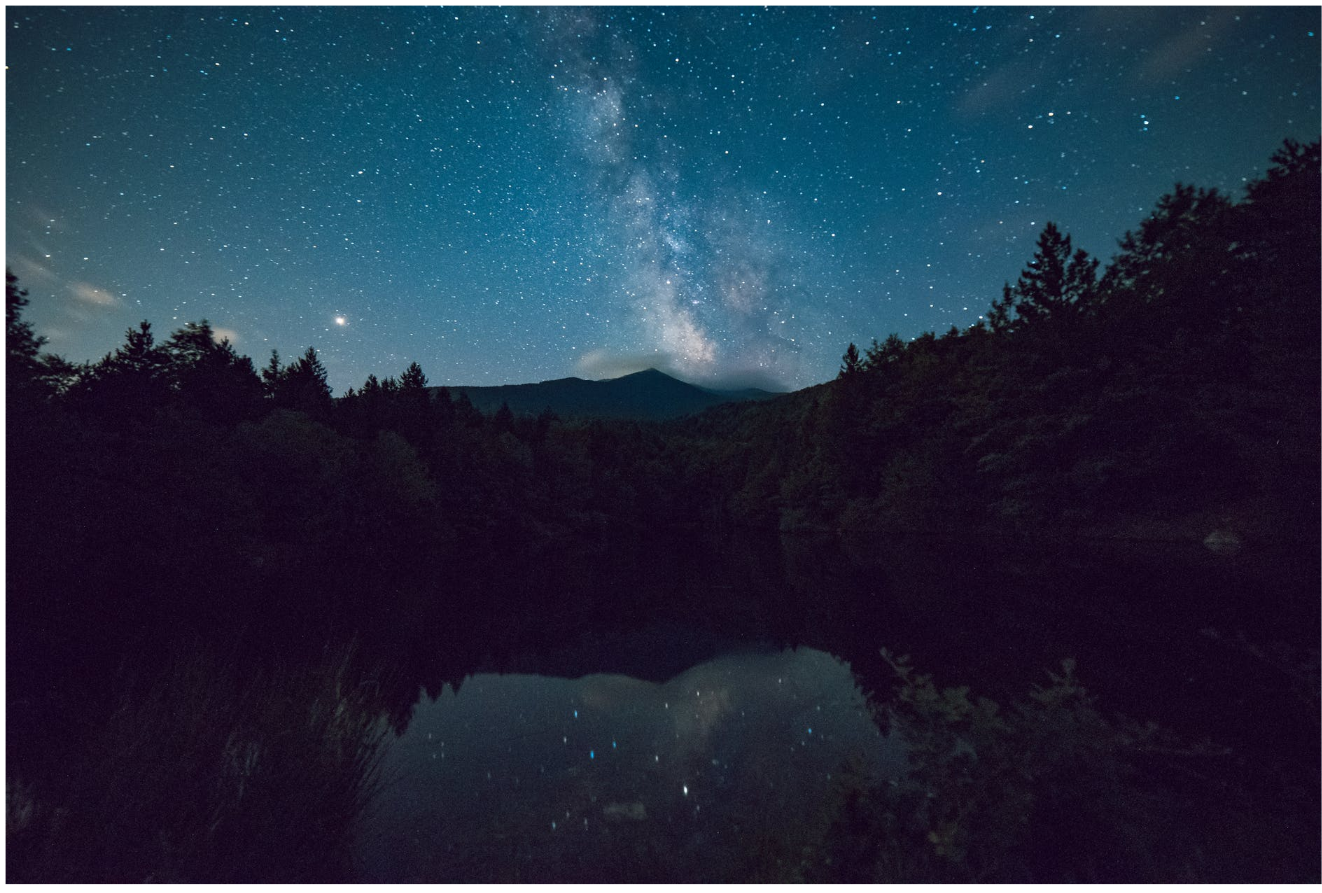
Repository: woneeseo/javastudy
Page: htmlStudy/workspace_html/HelloWorld/WebContent/list.html
An editor plug-in stored every save of this project. The page is shown before and after the next save, followed by the edit.
The browser window is 1280 px wide. The page is 1888 px wide, then 1280 px, so the pictures cover 1888 px, including what lies to the right of the window. The pictures show the whole page, at 70% of full size.

Above is the page before, as saved 2020-12-07 02:56:53.

### htmlStudy/workspace_html/HelloWorld/WebContent/list.html
<!DOCTYPE html>
<html>
<head>
<meta charset="UTF-8">
<title>조회 화면</title>

<!-- 서버에서 데이터를 받아와 조회할 수 있게 해주는 탭 -->
<!-- html은 정적인 프로그래밍 / 동적인 프로그래밍은 jsp/suvlet이나 javascript를 이용 -->

</head>
<body>

<!-- 이미지 출력하기 -->

<img alt="4k이미지" src="test.jpeg">
<!--  <img alt="(그림이 출력되지 않을 때 대신 띄울 내용/텍스트)" src="(그림의 주소)"> -->

</body>
</html>

After the next save:
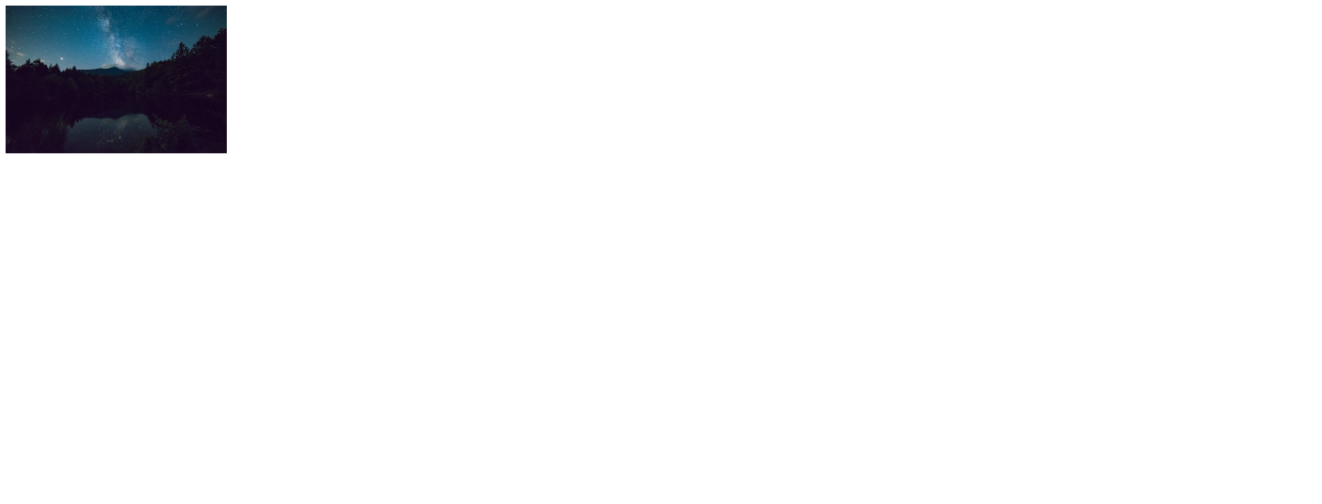
Saved 46 s later.
--- a/htmlStudy/workspace_html/HelloWorld/WebContent/list.html
+++ b/htmlStudy/workspace_html/HelloWorld/WebContent/list.html
@@ -12,8 +12,10 @@
 
 <!-- 이미지 출력하기 -->
 
-<img alt="4k이미지" src="test.jpeg">
+<img alt="4k이미지" src="test.jpeg" width="25%" height="25%">
 <!--  <img alt="(그림이 출력되지 않을 때 대신 띄울 내용/텍스트)" src="(그림의 주소)"> -->
+<!--  -->
+
 
 </body>
 </html>
